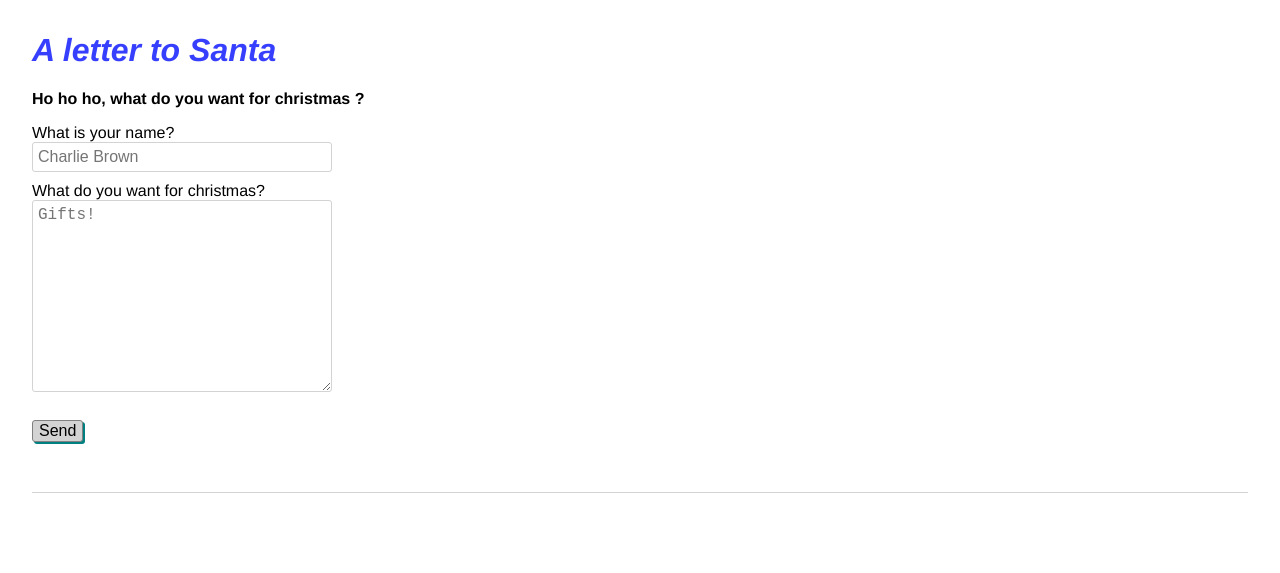
Repository: Jonashr/christmas-wishlist-server
Page: views/index.html
The author's editor kept a copy of each file at every save. The page is drawn from the files as they stood at one save, then again after the next save.
The browser window is 1280 px wide. The pictures show the whole page.

Above is the page before, as saved 2020-09-02 15:32:03.

### views/index.html
<!-- This is a static file -->
<!-- served from your routes in server.js -->

<!-- You might want to try something fancier: -->
<!-- html/nunjucks docs: https://mozilla.github.io/nunjucks/ -->
<!-- pug: https://pugjs.org/ -->
<!-- haml: http://haml.info/ -->
<!-- hbs(handlebars): http://handlebarsjs.com/ -->

<!DOCTYPE html>
<html lang="en">

<head>
  <title>Welcome to Glitch!</title>
  <meta name="description" content="A cool thing made with Glitch">
  <link id="favicon" rel="icon" href="https://glitch.com/edit/favicon-app.ico" type="image/x-icon">
  <meta charset="utf-8">
  <meta http-equiv="X-UA-Compatible" content="IE=edge">
  <meta name="viewport" content="width=device-width, initial-scale=1">

  <!-- import the webpage's stylesheet -->
  <link rel="stylesheet" href="/style.css">

  <!-- import the webpage's client-side javascript file -->
  <script src="/client.js" defer></script>
</head>

<body>
  <header>
    <h1>
      A letter to Santa
    </h1>
  </header>

  <main>
    <p class="bold">Ho ho ho, what do you want for christmas ?</p>

    What is your name?
    <input name="userid" placeholder="Charlie Brown" />
    <form method="post">
      What do you want for christmas?
      <textarea name="wish" rows="10" cols="45" maxlength="100" placeholder="Gifts!"></textarea>
      <br/>
      <button type="submit" id="submit-letter">Send</button>
    </form>
  </main>

  <footer>

  </footer>

  <!-- include the Glitch button to show what the webpage is about and
          to make it easier for folks to view source and remix -->
  <div class="glitchButton" style="position:fixed;top:20px;right:20px;"></div>
  <script src="https://button.glitch.me/button.js"></script>

</body>

</html>

### public/style.css
/* styles */
/* called by your view template */

* {
  box-sizing: border-box;
}

body {
  font-family: "Benton Sans", "Helvetica Neue", helvetica, arial, sans-serif;
  margin: 2em;
}

h1 {
  font-style: italic;
  color: #373fff;
}

.bold {
  font-weight: bold;
}

p {
  max-width: 600px;
}

input, textarea {
  display: block;
  margin-bottom: 10px;
  padding: 5px;
  width: 300px;
  border: 1px solid lightgrey;
  border-radius: 3px;
  font-size: 16px;
}

button {
  font-size: 16px;
  border-radius: 3px;
  background-color: lightgrey;
  border: 1px solid grey;
  box-shadow: 2px 2px teal;
  cursor: pointer;
}

button:hover {
  background-color: yellow;
}

button:active {
  box-shadow: none;
}

li {
  margin-bottom: 5px;
}

footer {
  margin-top: 50px;
  padding-top: 25px;
  border-top: 1px solid lightgrey;
}

### public/client.js

// client-side js
// run by the browser each time your view template is loaded



// define variables that reference elements on our page
const santaForm = document.forms[0];

const childName = document.getElementsByClassName('userid')
const wish = document.getElementsByName('wish')

console.log('Log childs name', childName, wish)

// listen for the form to be submitted and add a new dream when it is
santaForm.onsubmit = function (event) {
  event.preventDefault()
  console.log('Submit form')
  console.log(childName[0].value)
  console.log(wish[0].value)
  // TODO: check the text isn't more than 100chars before submitting
  // event.preventDefault();
};

After the next save:
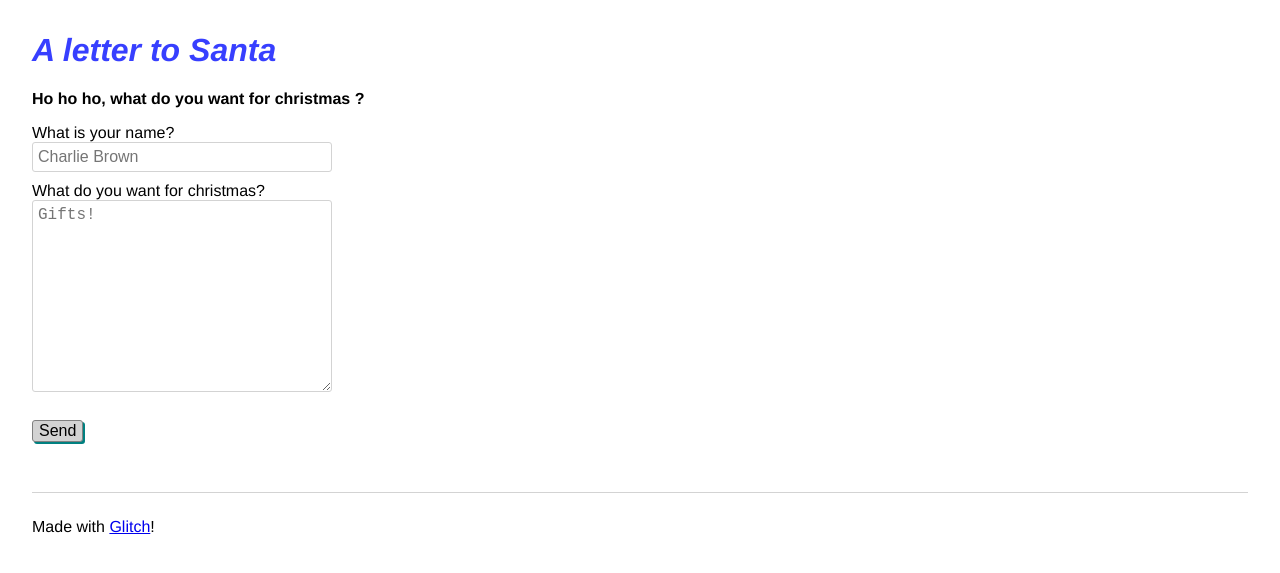
Saved 20 s later.
--- a/views/index.html
+++ b/views/index.html
@@ -46,7 +46,8 @@
   </main>
 
   <footer>
-
+    Made with
+    <a href="https://glitch.com">Glitch</a>!
   </footer>
 
   <!-- include the Glitch button to show what the webpage is about and
